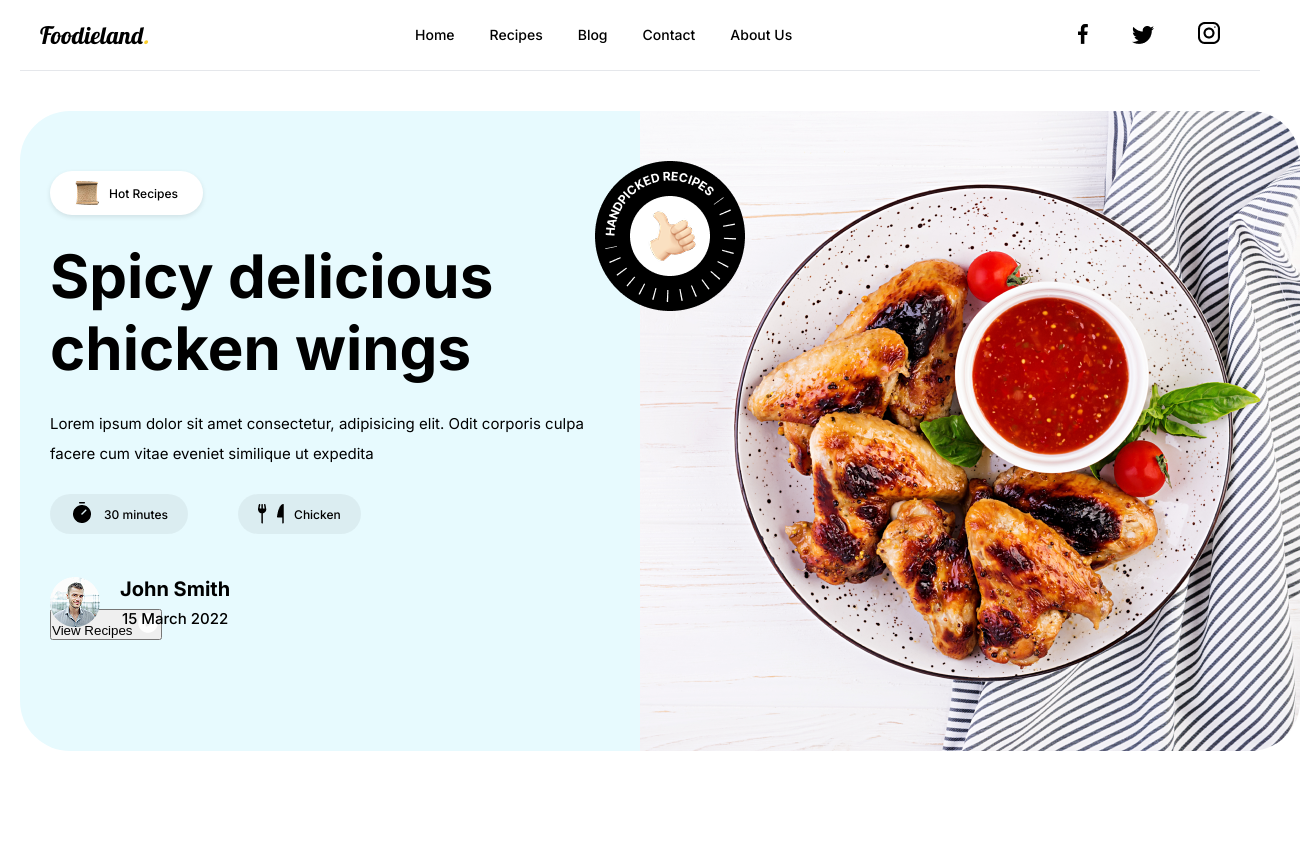
Repository: SolomonChinonso/Advanced-html-and-css-project
Page: index.html
An editor plug-in stored every save of this project. The page is shown before and after the next save, followed by the edit.
The browser window is 1280 px wide. The page is 1300 px wide, so the pictures cover 1300 px, including what lies to the right of the window. The pictures show the whole page.

Above is the page before, as saved 2026-04-16 13:36:24.

### index.html
<!DOCTYPE html>
<html lang="en">
<head>
    <meta charset="UTF-8">
    <meta name="viewport" content="width=device-width, initial-scale=1.0">
    <title>Document</title>
    <link rel="stylesheet" href="style.css">
    <link href="https://fonts.googleapis.com/css2?family=Lobster&display=swap" rel="stylesheet">
    <link href="https://fonts.googleapis.com/css2?family=Inter:wght@400;500;600;700&display=swap" rel="stylesheet">
</head>
<body>
    <header>
        <strong class="logo">Foodieland<em class="dot">.</em></strong>
        <nav>

            <ul>
                <li><a href="#">Home</a></li>
                <li><a href="#">Recipes</a></li>
                <li><a href="#">Blog</a></li>
                <li><a href="#">Contact</a></li>
                <li><a href="#">About Us</a></li>
            </ul>

        </nav>
        <section class="social-handles">
                <a href="#"><img src="./social-icons/001-facebook.png" alt="facebook"></a>
                <a href="#"><img src="./social-icons/003-twitter.png" alt=""></a>
                <a href="#"><img src="./social-icons/004-instagram.png" alt=""></a>
        </section>
    </header>

    <section class="banner">
        <div class="badge">
            <img src="./images/Badge.png" alt="">
        </div>
        <div class="banner-section">

            <div class="details">
                <span class="hot-recipe"><img src="./social-icons/image 14 (1).png" alt="">Hot Recipes</span>

                <h1>Spicy delicious chicken wings
                </h1>

                <p> Lorem ipsum dolor sit amet consectetur, adipisicing elit. Odit corporis culpa facere cum vitae eveniet similique ut expedita
                </p>

                <div class="timer-utensils">
                    <span><img src="./social-icons/Timer.png" alt="timer">30 minutes</span>

                    <span><img src="./social-icons/Vector (1).png" alt=""><img src="./social-icons/Vector.png" alt=""> Chicken
                    </span>
                </div>

                <div class="author-profile">

                    <span>
                        <img src="./social-icons/Ellipse 2 (1).png" alt="">
                    </span>
                    <span class="author-details">
                            <strong>John Smith</strong><p>15 March 2022</p>
                    </span>
            </div>

                <button type="button">View Recipes <img src="./social-icons/PlayCircle.png" alt="">
                </button>

           </div>
            <div class="banner-img">
                <img src="./images/Mask Group.png" alt="">
            </div>
        </div>
    </section>
</body>
</html>

### style.css
*{
    margin: 0;
    padding: 0;
    box-sizing: border-box;
}
body{
    max-width: 100vw;
    margin: 0 20px;
    padding: 0;

}
header{
    display: flex;
    flex-direction: row;
    justify-content: space-between;
    align-items: center;
    text-align: center;
    margin: 0px;
    padding: 20px;
    flex-wrap: wrap;
    border-bottom: 1px solid #e5e7eb;
}
nav{
    display: flex;
    justify-content: space-between;
    flex-wrap: wrap;
}
nav ul{
    display: flex;
    list-style: none;
    justify-content: space-between;
    text-align: center;
    flex-wrap: wrap;
    gap: 35px;
}
li a{
    text-decoration: none;
    color: black;
    font-family: inter;
    font-weight: 500;
    font-size: 14px;
    letter-spacing: -3%;
}

.social-handles a{
    padding: 20px;
    flex-wrap: wrap;
}
.logo{
    font-family: lobster;
    font-weight: 400;
    font-size: 24px;
}
.dot{
    color:rgb(251, 207, 47)
}
.banner{
    display: flex;
    flex-direction: column;
    justify-content: center;
    align-items: center;
    flex-wrap: wrap;
    position: relative;
    margin-top: 0;
    padding: 0;
    top: -110px;
    font-family: inter;

}
.badge{
    width: 150px;
    display: flex;
    position: relative;
    top: 200px;
    right: -30px;

}
.banner-section{
    display: flex;
    align-items: center;
    justify-content: center;
    flex: 0 auto;
    height: 640px;
    width: 100%;
    border-radius: 15px;
    flex-wrap: wrap;

}
.details{
    display: flex;
    flex-direction: column;
    justify-content: start;
    align-items: flex-start;
    background-color: #E7FAFE;
    min-width: 50%;
    height: 100%;
    padding: 30px;
    border-radius: 50px 0 0 50px;
    flex: 1;
    width: 640px;
}
.banner-img{
    display: flex;
    min-width: 50%;
    height: 100%;
    flex: 1;
    /* object-fit: fill; */
    width: 660px;
}
span{
    display: flex;
    justify-content: center;
    align-items: center;
    font-family: inter;
    font-size: 12px;
    font-weight: 500;
    gap: 10px;
}
.hot-recipe{
    background-color: white;
    padding: 10px 25px;
    border-radius: 30px;
    box-shadow: 0 2px 5px rgba(0,0,0,0.1);
    margin-top: 30px;
}
h1{
    font-size: 60px;
    margin: 25px 0;
}
p{
    font-size: 15px;
    line-height: 30px;
    margin-bottom: 25px;
}
.timer-utensils{
    display: flex;
    gap: 50px;
}
.timer-utensils span{
    background-color: rgba(0,0,0,0.05);
    padding: 8px 20px;
    border-radius: 20px;
}
.author-profile{
    display: flex;
    text-align: center;
    justify-content: center;
    gap: 20px;
    position: relative;
    bottom: -30px;
}
.author-details{
    display: flex;
    flex-direction: column;
    position: relative;
    top: 20px;
    line-height: 10px;

}
.author-details strong{
    font-size: 20px;
}

After the next save:
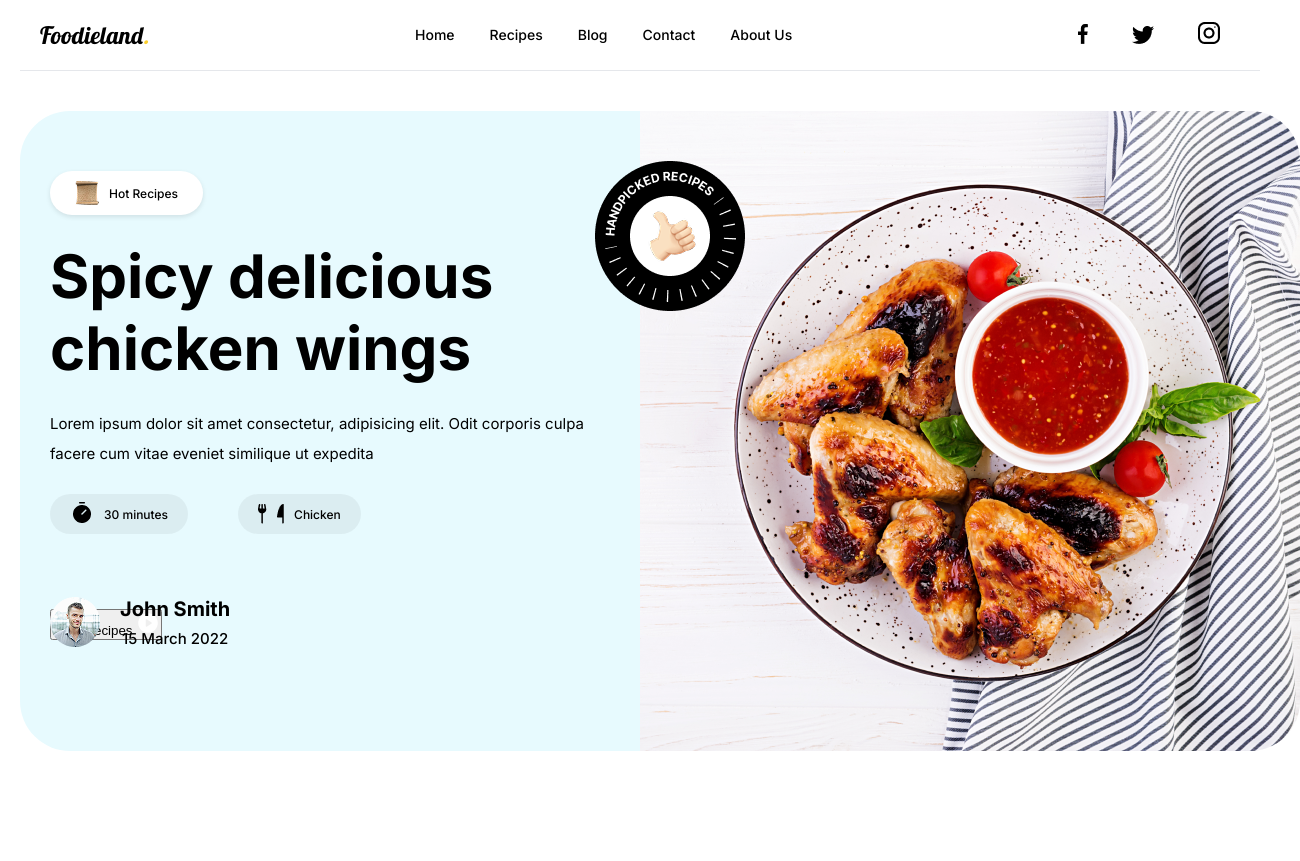
Saved 5 s later.
--- a/style.css
+++ b/style.css
@@ -147,7 +147,7 @@ p{
     justify-content: center;
     gap: 20px;
     position: relative;
-    bottom: -30px;
+    bottom: -50px;
 }
 .author-details{
     display: flex;
